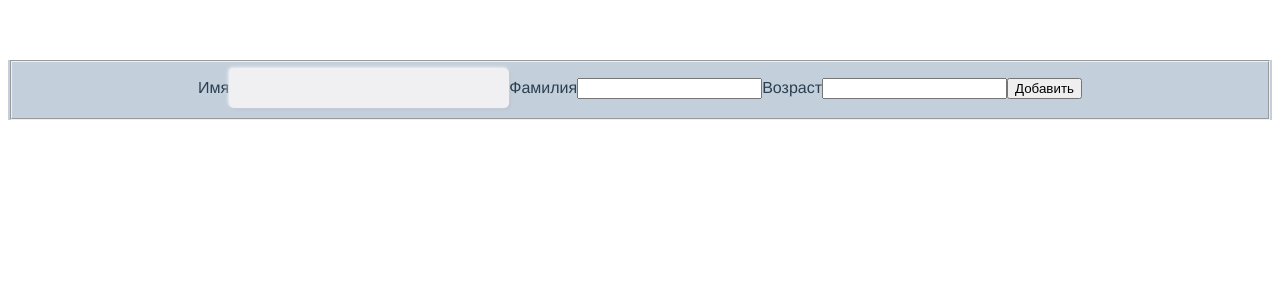
Repository: shum89/test-vue-table
Page: /
These files come from the project's save history. The page is drawn as it stood at one moment and after the next save; the edit follows.
The browser window is 1280 px wide. The pictures show the whole page.
The project was rebuilt for these pictures with package versions that can differ from the ones it lists, and the page was loaded fresh each time. Also part of the build but not shown: vue.config.js.

Above is the page before, as saved 2021-07-18 14:10:54.

### src/App.vue
<template>
  <Form @submit="addData" />
  <Table @remove="removeData" :list="list" />
</template>
<script>
import { uuid } from 'vue-uuid';
import { ref } from 'vue';
import Form from './components/Form.vue';
import Table from './components/Table.vue';

export default {
  components: { Form, Table },
  setup() {
    const list = ref([]);

    const normalizeString = (str) => {
      const result = str.charAt(0).toUpperCase() + str.slice(1).toLowerCase();
      return result;
    };

    const addData = (person) => {
      list.value.push({
        firstName: normalizeString(person.firstName),
        lastName: normalizeString(person.lastName),
        age: person.age,
        id: uuid.v1(),
      });
    };

    const removeData = (id) => {
      list.value = list.value.filter((i) => i.id !== id);
    };

    return {
      list,
      addData,
      removeData,
    };
  },
};
</script>
<script></script>

<style>
body {
  --base: #090e10;
  --base1: #ebeff3;
  --base2: #c3d0db;
  --base3: #88a1b7;
  --input-shadow: 2px 2px 9px var(--base3), -2px -2px 9px var(--base1);
  --input-shadow-active: inset 2px 2px 6px var(--base3), inset -2px -2px 6px var(--base1),
    1px 1px 6px var(--base3), -1px -1px 6px var(--base1);
}
#app {
  font-family: Avenir, Helvetica, Arial, sans-serif;
  -webkit-font-smoothing: antialiased;
  -moz-osx-font-smoothing: grayscale;
  text-align: center;
  color: #2c3e50;
  margin-top: 60px;
  background: var(--base2);
  box-sizing: border-box;
}
.table__row-group {
  display: flex;
  align-items: center;
  flex-direction: column;
}
.table__row {
  display: grid;
  gap: 5px;
  grid-template-columns: repeat(3, 1fr);
  justify-content: center;
  max-width: 500px;
  width: 100%;
}
</style>

### src/components/Form.vue
<template>
  <form @submit.prevent="onSubmit">
    <fieldset>
      <label for="firstName">
        <span>Имя</span>
        <input class="form__input" v-model="person.firstName" type="text" id="firstName" />
      </label>

      <label for="lastName">
        <span>Фамилия</span>
        <input v-model="person.lastName" type="text" id="lastName" />
      </label>
      <label for="age">
        <span>Возраст</span>
        <input v-model="person.age" type="number" id="age" />
      </label>
      <button type="submit">Добавить</button>
    </fieldset>
  </form>
</template>

<script>
import { reactive } from 'vue';

export default {
  setup(_, { emit }) {
    const person = reactive({
      firstName: '',
      lastName: '',
      age: '',
    });
    const onSubmit = () => {
      emit('submit', person);
    };

    return { onSubmit, person };
  },

  name: 'Form',
  inheritAttrs: false,
};
</script>

<style scoped>
.form__input {
  border: none;
  appearance: none;
  width: 100%;
  max-width: 250px;
  border-radius: 10px;
  font-size: 15px;
  line-height: 20px;
  min-height: 20px;
  padding: 10px 15px;
  background: #f0f0f3;
  box-shadow: -1px -1px 3px #f0f0f3, 1.5px 1.5px 3px rgba(174, 174, 192, 0.4);
  border-radius: 5px;
  border-color: transparent;
}
.form__input:focus-within {
  box-shadow: inset 1px 1px 3px #ffffff, inset -1.5px -1.5px 6px rgba(174, 174, 192, 0.4),
    1px 1px 6px #ffffff, -1px -1px 6px rgba(174, 174, 192, 0.4);
  border: 2px solid #88a1b7;
  outline: 0;
}
</style>

### src/components/Table.vue
<template>
  <div v-if="list.length > 0" class="table" role="grid" aria-colcount="3">
    <div class="table__row-group" role="rowgroup">
      <div class="table__row" role="row">
        <span role="columnheader" aria-colindex="1">First Name</span>
        <span role="columnheader" aria-colindex="2">Last Name</span>
        <span role="columnheader" aria-colindex="3">Age</span>
      </div>
    </div>
    <div class="table__row-group" role="rowgroup">
      <div class="table__row" v-for="listItems in list" :key="listItems.id" role="row">
        <div aria-colindex="1" role="gridcell">
          <span> {{ listItems.firstName }}</span>
        </div>
        <div aria-colindex="2" role="gridcell">
          <span> {{ listItems.lastName }}</span>
        </div>
        <div aria-colindex="3" role="gridcell">
          <span>{{ listItems.age }}</span>
        </div>
        <button @click="removeData(listItems.id)">X</button>
      </div>
    </div>
  </div>
</template>

<script>
export default {
  props: {
    list: Array,
  },
  setup(_, { emit }) {
    const removeData = (id) => {
      emit('remove', id);
    };
    return { removeData };
  },
  name: 'Table',
};
</script>

<style></style>

Loaded but not shown: public/index.html (common file); src/main.js (common file)

After the next save:
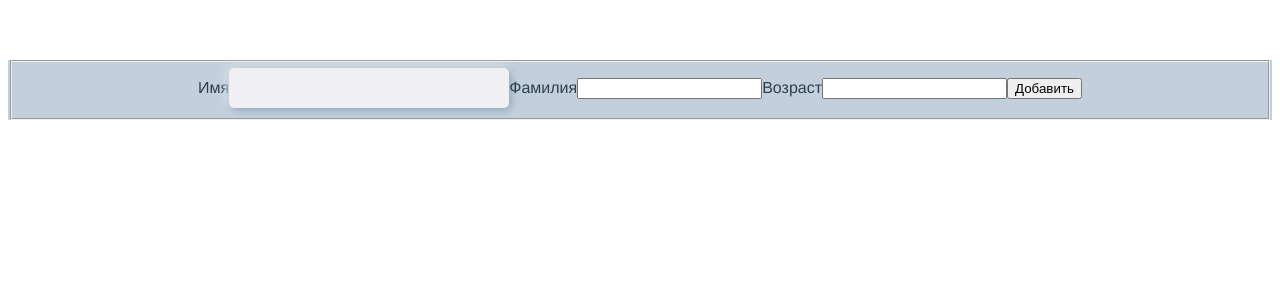
Saved 30 s later.
--- a/src/components/Form.vue
+++ b/src/components/Form.vue
@@ -53,7 +53,7 @@ export default {
   min-height: 20px;
   padding: 10px 15px;
   background: #f0f0f3;
-  box-shadow: -1px -1px 3px #f0f0f3, 1.5px 1.5px 3px rgba(174, 174, 192, 0.4);
+  box-shadow: var(--input-shadow);
   border-radius: 5px;
   border-color: transparent;
 }
